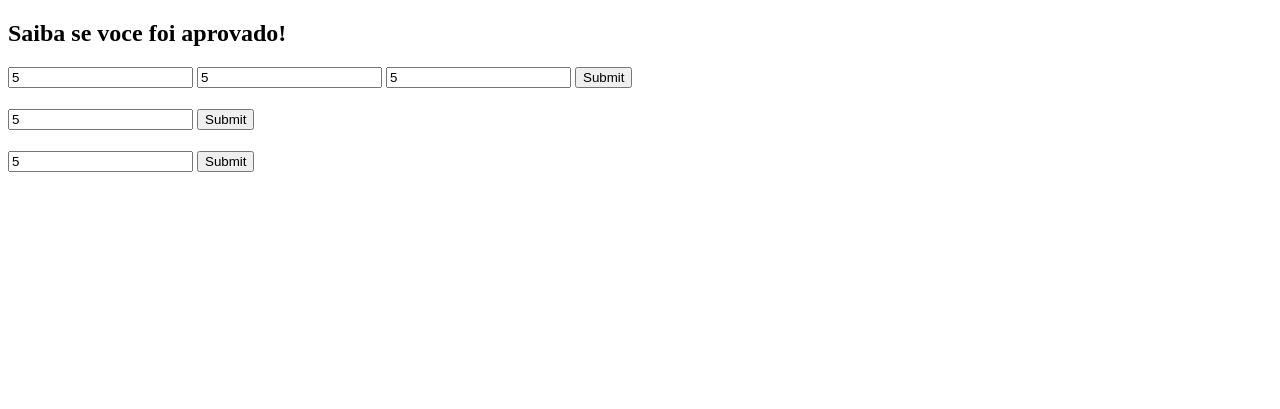
Repository: gimoli/logica1
Page: index.html
These files come from the project's save history. The page is drawn as it stood at one moment and after the next save; the edit follows.
The browser window is 1280 px wide. The pictures show the whole page.
Empty fields were first filled with sample values (such as "Sample", 5 or name@example.com).
After loading, the first visible `input[onclick="tabuada()"]` was clicked once.

Above is the page before, as saved 2025-05-05 09:47:24.

After the next save:
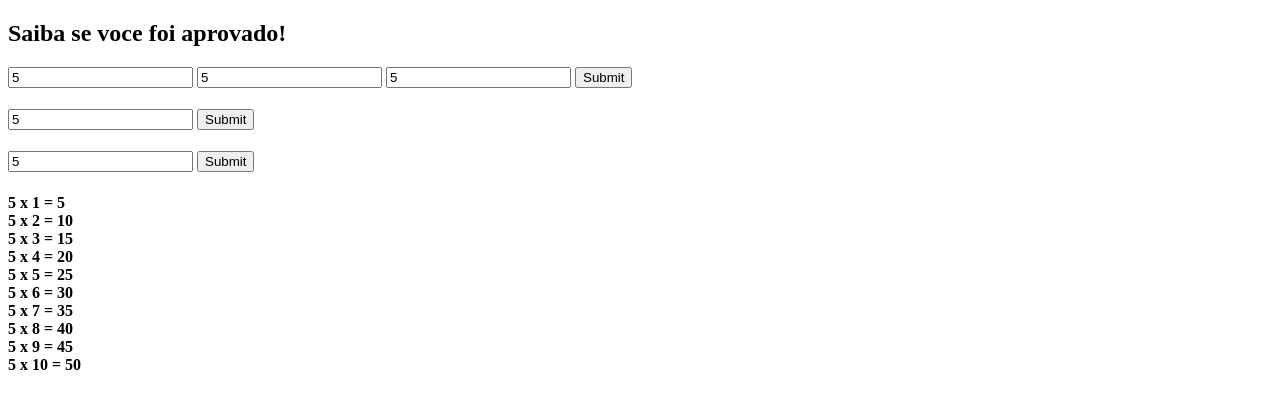
Saved 88 s later.
--- a/app.js
+++ b/app.js
@@ -70,25 +70,14 @@ function tabuada() {
     const tabuadaInput = Number(document.getElementById("tabuada-input").value);
     let resultado = [];
 
-    let i = 1;
-    while (i <= 10) {
-        resultado += tabuadaInput * i;
-        i++;
+    for (let i = 1; i <= 10; i++) {
+        resultado.push(`${tabuadaInput} x ${i} = ${tabuadaInput * i}`);
     }
 
-    for (let i = 1; i<= 10; i++) {
-        resultado += tabuadaInput * i;
-    }
+    const resultadoTabuada = document.getElementById("resultado-tabuada");
+    resultadoTabuada.innerHTML = resultado.join("<br>");
 }
 
-let numero = '10';
-let numero1 = 10;
-
-if (numero === numero1) {
-    console.log(true);
-} else {
-    console.log(false);
-}
 
 
 
